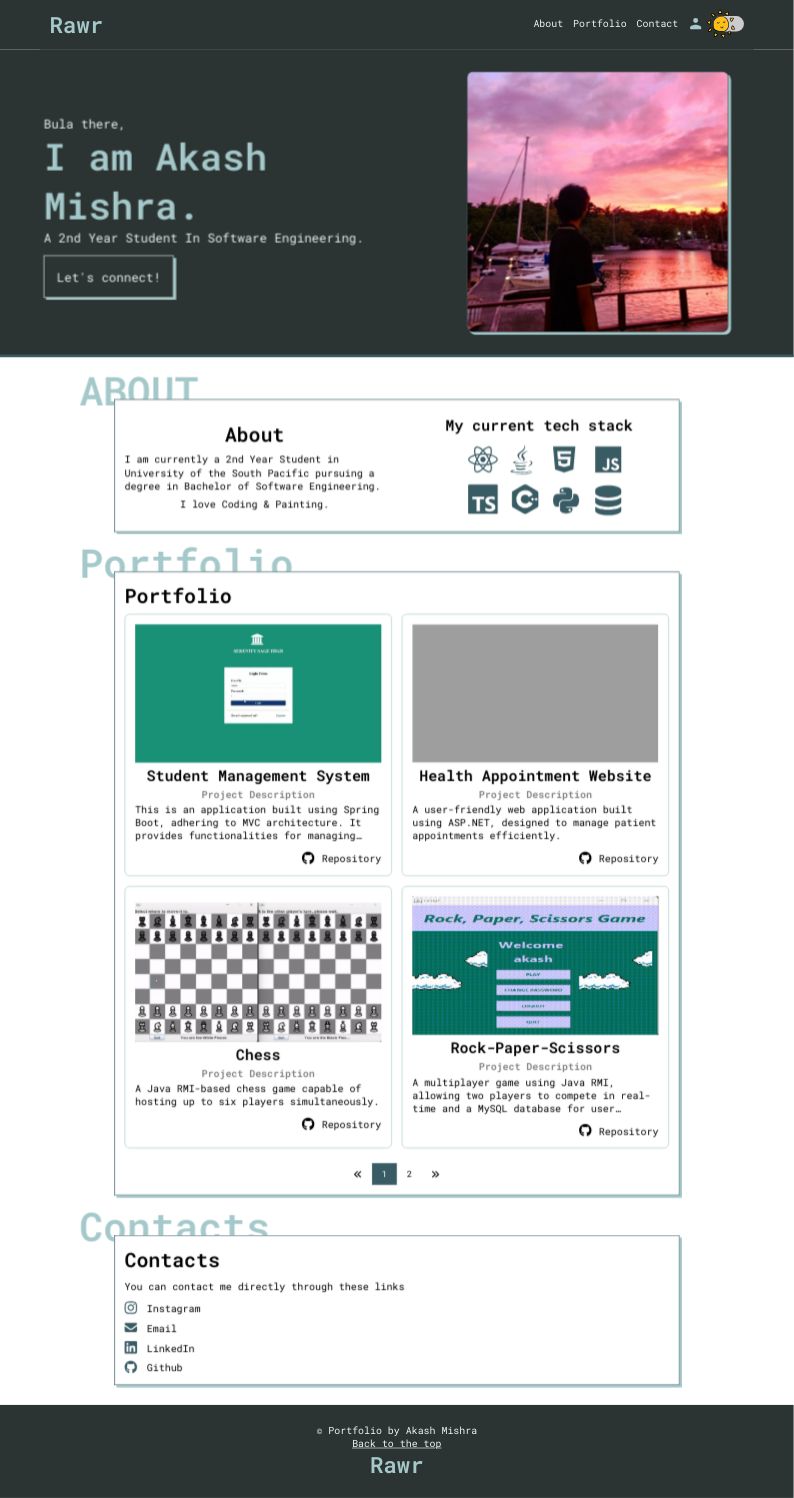
Repository: akashrawr/portfolio
Page: /
The author's editor kept a copy of each file at every save. The page is drawn from the files as they stood at one save, then again after the next save.
The browser window is 1280 px wide. The pictures show the whole page, at 62% of full size.
Pictures or frames that could not be fetched are drawn as grey boxes. The project was rebuilt for these pictures with package versions that can differ from the ones it lists, and the page was loaded fresh each time. Imported but missing from the stored project, and not drawn on this page: src/pages/LoginPage.

Above is the page before, as saved 2025-01-01 20:08:49.

After the next save:
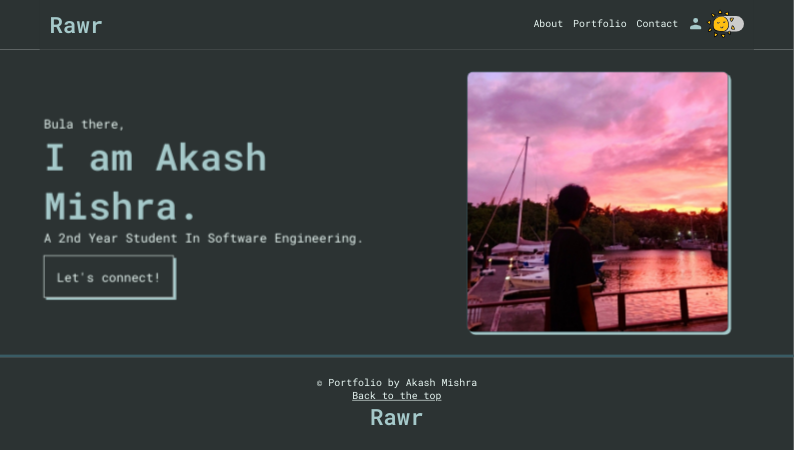
Saved 17 min 2 s later.
--- a/src/App.js
+++ b/src/App.js
@@ -1,15 +1,16 @@
 import React, { useState, useEffect } from 'react';
+import { BrowserRouter as Router, Route, Routes } from 'react-router-dom';
 import './App.css';
 import AOS from 'aos';
 import 'aos/dist/aos.css';
 
-// Import components
 import Header from './components/Header';
 import Hero from './components/Hero';
 import About from './components/About';
 import Portfolio from './components/Portfolio';
 import Contact from './components/Contact';
 import Footer from './components/Footer';
+import LoginPage from './pages/LoginPage'; // Import LoginPage component
 
 function App() {
   useEffect(() => {
@@ -29,21 +30,26 @@ function App() {
   };
 
   return (
-    <div>
-      <Header
-        isNavVisible={isNavVisible}
-        toggleNav={toggleNav}
-        darkMode={darkMode}
-        toggleDarkMode={toggleDarkMode}
-      />
-      <main>
-        <Hero />
-        <About />
-        <Portfolio />
-        <Contact />
-      </main>
-      <Footer />
-    </div>
+    <Router>
+      <div>
+        <Header
+          isNavVisible={isNavVisible}
+          toggleNav={toggleNav}
+          darkMode={darkMode}
+          toggleDarkMode={toggleDarkMode}
+        />
+        <main>
+          <Routes>
+            <Route path="/" element={<Hero />} />
+            <Route path="/about" element={<About />} />
+            <Route path="/portfolio" element={<Portfolio />} />
+            <Route path="/contact" element={<Contact />} />
+            <Route path="/login" element={<LoginPage />} /> {/* Add Login route */}
+          </Routes>
+        </main>
+        <Footer />
+      </div>
+    </Router>
   );
 }
 
